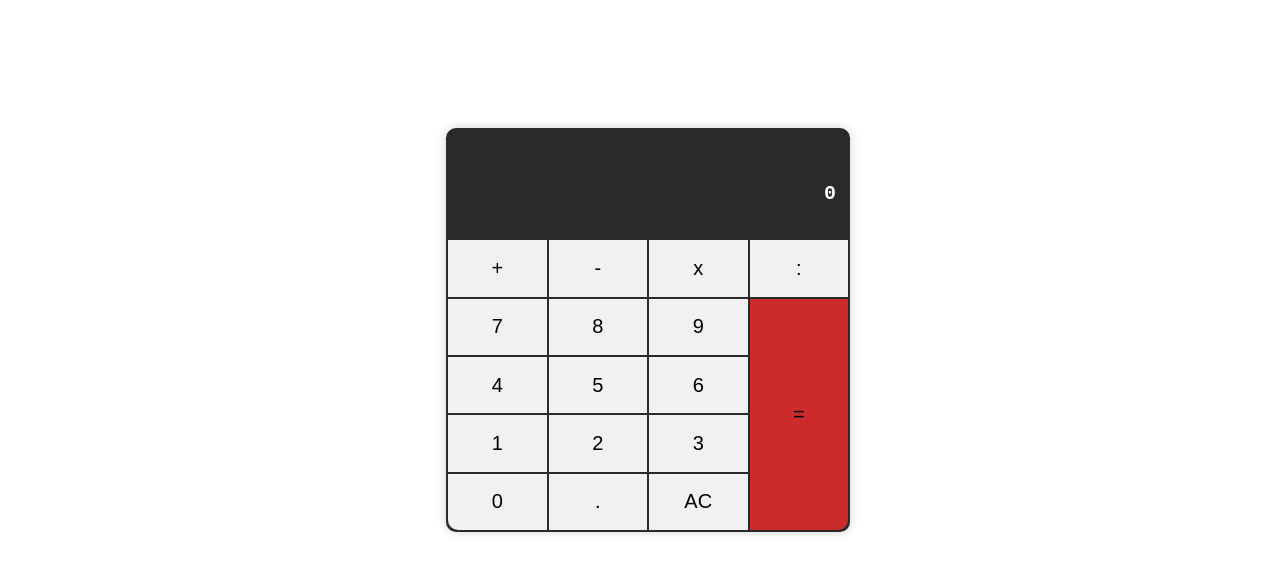
Repository: CryptoFamilyNFT/develhope
Page: css/Grid 2/calculator.html
These files come from the project's save history. The page is drawn as it stood at one moment and after the next save; the edit follows.
The browser window is 1280 px wide. The page is 1288 px wide, so the pictures cover 1288 px, including what lies to the right of the window. The pictures show the whole page.

Above is the page before, as saved 2024-11-18 09:35:46.

### css/Grid 2/calculator.html
<!DOCTYPE html>
<html lang="en">

<head>
    <meta charset="UTF-8">
    <meta name="viewport" content="width=device-width, initial-scale=1.0">
    <title>Document</title>
    <link rel="stylesheet" href="calculator.css">
</head>

<body>
    <div class="container box-shadow border-br-10 border-bl-10">
        <div class="result span-4">
            0
        </div>
        <button class="button span-1">+</button>
        <button class="button span-1">-</button>
        <button class="button span-1">x</button>
        <button class="button span-1">:</button>
        <button class="button span-1">7</button>
        <button class="button span-1">8</button>
        <button class="button span-1">9</button>
        <button id="equal" class="button span-1 row-4 border-br-10">=</button>
        <button class="button span-1">4</button>
        <button class="button span-1">5</button>
        <button class="button span-1">6</button>
        <button class="button span-1">1</button>
        <button class="button span-1">2</button>
        <button class="button span-1">3</button>
        <button class="button span-1 border-bl-10">0</button>
        <button class="button span-1">.</button>
        <button class="button span-1">AC</button>
    </div>
</body>

</html>

### css/Grid 2/calculator.css
body {
    width: 100%;
    height: 100%;
    margin-top: 10%;
    display: flex;
    justify-content: center;
    align-items: center;
}

.container {
    height: 400px;
    width: 400px;
    display: grid;
    grid-template-columns: repeat(4, 1fr);
    border: 2px solid transparent;
    border-top-left-radius: 10px;
    border-top-right-radius: 10px;
    border-bottom-left-radius: 2px;
    border-bottom-right-radius: 2px;
    background-color: #2b2a2a;
    gap: 2px;
}

.result {
    display: flex;
    border: none;
    background-color: #2b2a2a;
    font-size: 20px;
    cursor: pointer;
    justify-content: flex-end;
    padding-right: 10px;
    padding-top: 50px;
    color: white;
    font-family: 'Courier New', Courier, monospace;
    font-weight: bold;
    border: 2px solid transparent;
    border-radius: 10px;
}

.span-1 {
    grid-column: span 1;
}


.span-2 {
    grid-column: span 2;
}

.span-3 {
    grid-column: span 3;
}

.span-4 {
    grid-column: span 4;
}

.row-4 {
    grid-row: span 4;
}

.border-bl-5 {
    border-bottom-left-radius: 5px;
}

.border-br-5 {
    border-bottom-right-radius: 5px;
}

.border-bl-10 {
    border-bottom-left-radius: 10px;
}

.border-br-10 {
    border-bottom-right-radius: 10px;
}

.box-shadow {
    box-shadow: 0 0 10px 0 rgba(24, 23, 23, 0.2);
}

.operator {
    background-color: #3f3939;
}

button {
    border: none;
    background-color: #f1f1f1;
    font-size: 20px;
    cursor: pointer;
}

button[id="equal"] {
    background-color: #cc2b2b;
}

button:not([id="equal"]):hover {
    background-color: #e7e7e7;
}

button[id="equal"]:hover {
    background-color: #d93030;
}

button:active {
    background-color: #d9d9d9;
}

button:focus {
    outline: none;
}

After the next save:
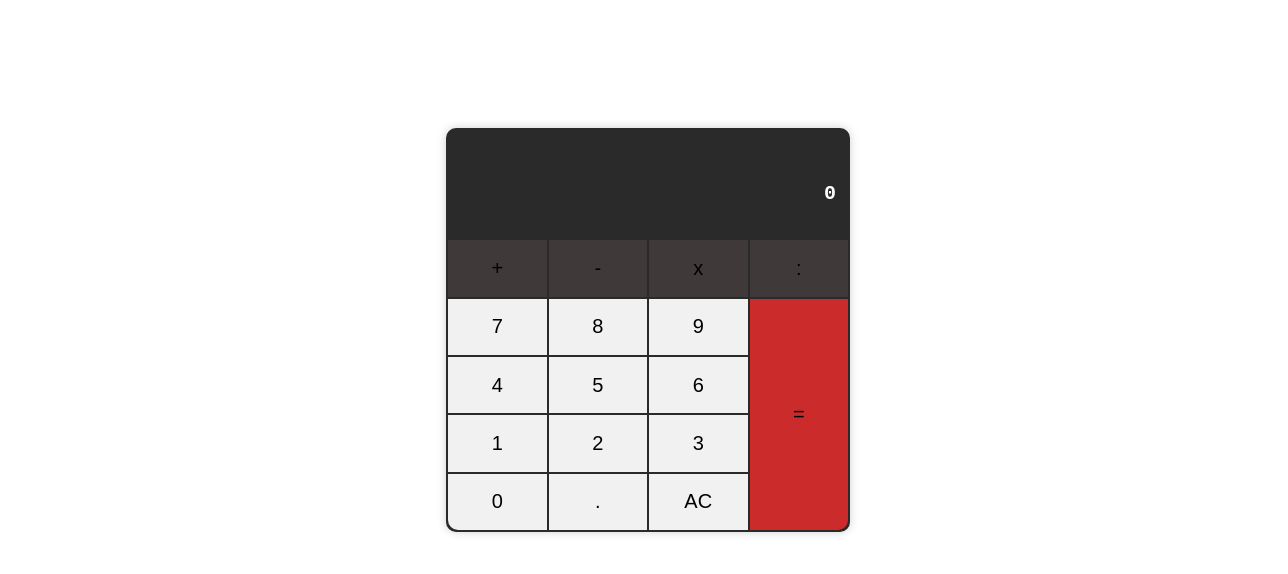
Saved 16 s later.
--- a/css/Grid 2/calculator.html
+++ b/css/Grid 2/calculator.html
@@ -13,10 +13,10 @@
         <div class="result span-4">
             0
         </div>
-        <button class="button span-1">+</button>
-        <button class="button span-1">-</button>
-        <button class="button span-1">x</button>
-        <button class="button span-1">:</button>
+        <button class="button span-1 operator">+</button>
+        <button class="button span-1 operator">-</button>
+        <button class="button span-1 operator">x</button>
+        <button class="button span-1 operator">:</button>
         <button class="button span-1">7</button>
         <button class="button span-1">8</button>
         <button class="button span-1">9</button>
